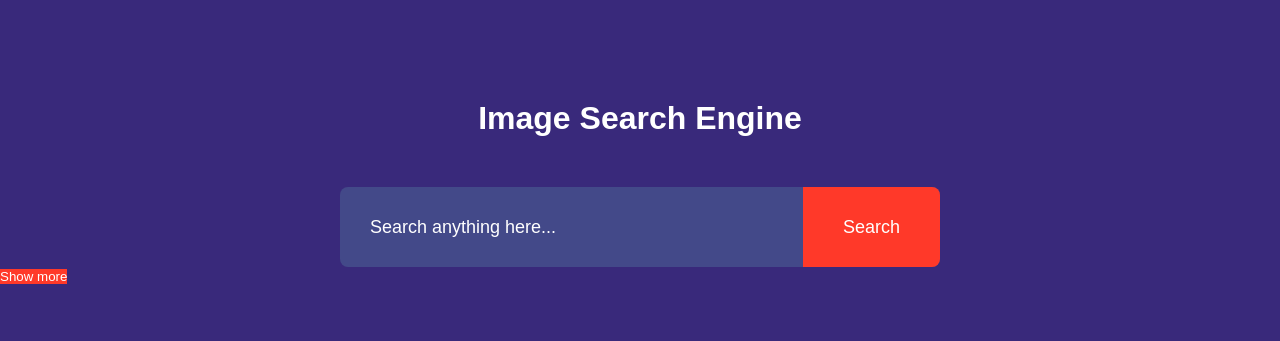
Repository: AbdullahOwais-Dev/Image-Search-App
Page: index.html
An editor plug-in stored every save of this project. The page is shown before and after a run of saves, followed by the edit.
The browser window is 1280 px wide. The pictures show the whole page.

Above is the page before, as saved 2025-02-09 00:20:02.

### index.html
<!DOCTYPE html>
<html lang="en">
<head>
    <meta charset="UTF-8">
    <meta name="viewport" content="width=device-width, initial-scale=1.0">
    <link rel="stylesheet" href="style.css">
    <link rel="shortcut icon" href="icon.png" type="image/x-icon">
    <title>Image Search</title>
</head>
<body>

    <h1>Image Search Engine</h1>
    <form id="search-form">
        <input type="text" id="search-box" placeholder="Search anything here...">
        <button>Search</button>
    </form>

    <div id="search-result"></div>
    <button id="show-more-btn">Show more</button>

</body>
</html>

### style.css
*{
    margin: 0;
    padding: 0;
    box-sizing: border-box;
    font-family: 'poppins', sans-serif;
}
body{
    background: #39297b;
    color: #fff;
}
h1{
    text-align: center;
    margin: 100px auto 50px;
    font-weight: 600;
}
form{
    width: 90%;
    max-width: 600px;
    margin: auto;
    height: 80px;
    background: #434989;
    display: flex;
    align-items: center;
    border-radius: 8px;
}
form input{
    flex: 1;
    height: 100%;
    border: 0;
    outline: 0;
    background: transparent;
    color: #fff;
    font-size: 18px;
    padding: 0 30px;
}
form button{
    padding: 0 40px;
    height: 100%;
    background: #ff3929;
    color: #fff;
    font-size: 18px;
    border: 0;
    outline: 0;
    border-top-right-radius: 8px;
    border-bottom-right-radius: 8px;
    cursor: pointer;
}
::placeholder{
    color: #fff;
    font-size: 18px;
}
#show-more-btn{
    background: #ff3929;
    color: #fff;
    border: 0;
    ou
}

After the next 3 saves:
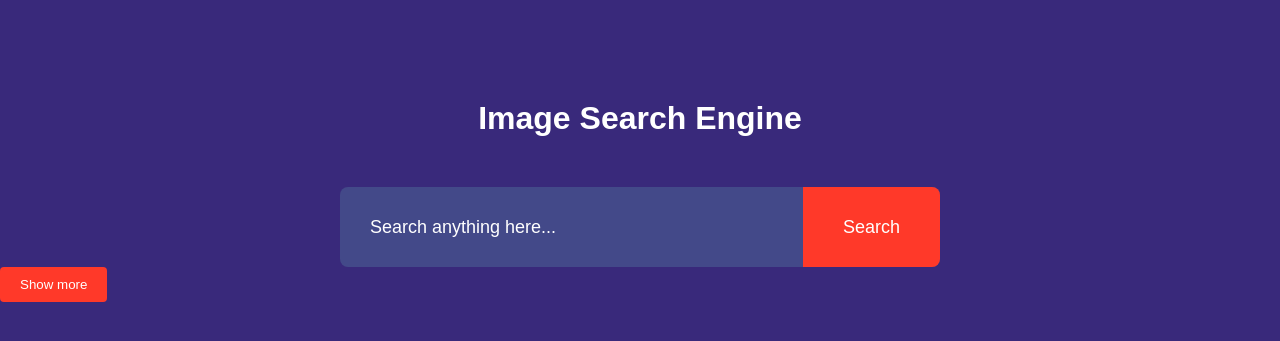
The 3 saves are shown as one change because they came seconds apart.
The last was saved 12 s later.
--- a/style.css
+++ b/style.css
@@ -53,5 +53,7 @@
     background: #ff3929;
     color: #fff;
     border: 0;
-    ou
+    outline: 0;
+    padding: 10px 20px;
+    border-radius: 4px;
 }
